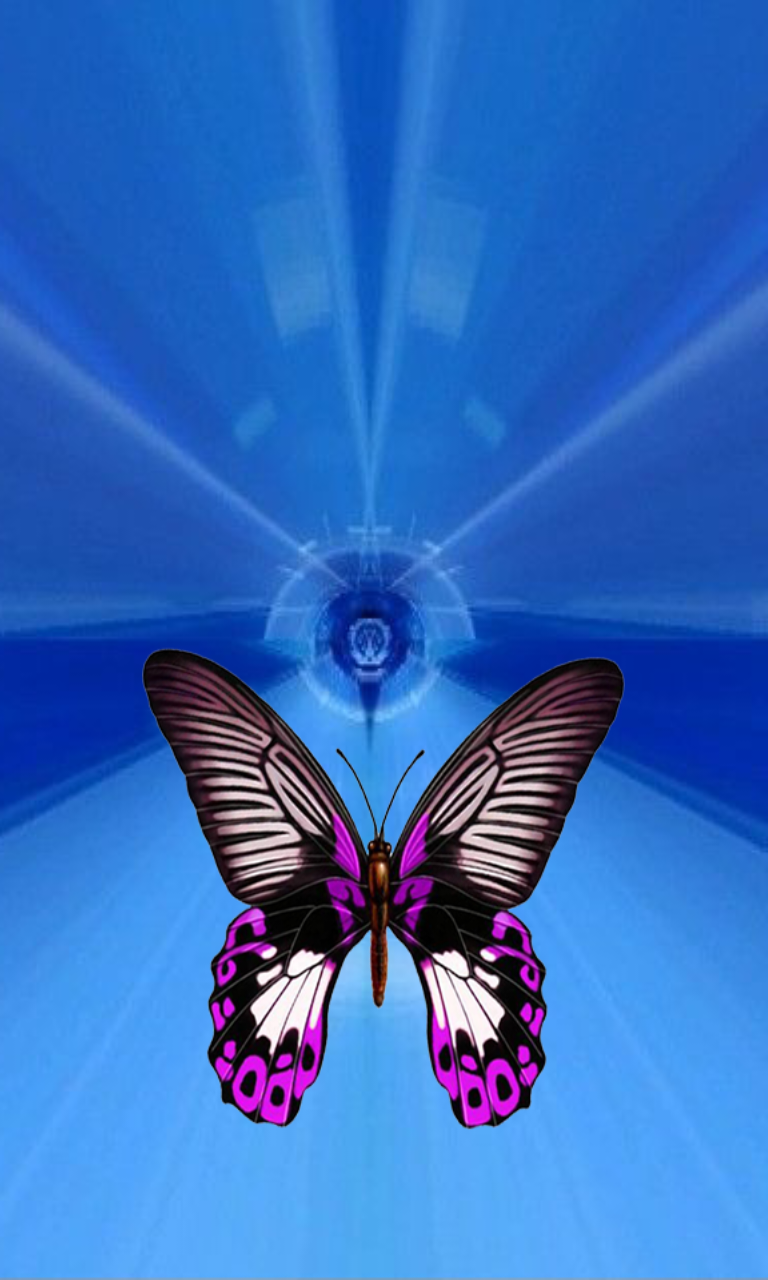
Repository: mimimy/MassagePro
Layout: BLE-Version/MassageTool/res/layout/activity_splash.xml
An editor plug-in stored every save of this project. The layout is shown before and after the next save, followed by the edit.
It is drawn on a 768 x 1280 px phone screen (xhdpi) without system bars, with theme AppTheme; the app's code is not run.

Above is the layout before, as saved 2018-07-23 14:27:24.

### BLE-Version/MassageTool/res/layout/activity_splash.xml
<RelativeLayout xmlns:android="http://schemas.android.com/apk/res/android"
    xmlns:tools="http://schemas.android.com/tools"
    android:id="@+id/rl_root"
    android:layout_width="match_parent"
    android:layout_height="match_parent"
    android:background="@drawable/bgm"
    tools:context="com.example.splash.SplashActivity" >

    <ImageView
        android:id="@+id/imageView1"
        android:layout_width="wrap_content"
        android:layout_height="wrap_content"
        android:layout_alignParentBottom="true"
        android:layout_centerHorizontal="true"
        android:layout_marginBottom="75dp"
        android:src="@drawable/flying" />

</RelativeLayout>

Loaded but not shown: BLE-Version/MassageTool/res/values/styles.xml (common file); BLE-Version/MassageTool/res/values-v11/styles.xml (common file); BLE-Version/MassageTool/res/values-v14/styles.xml (common file)

After the next save:
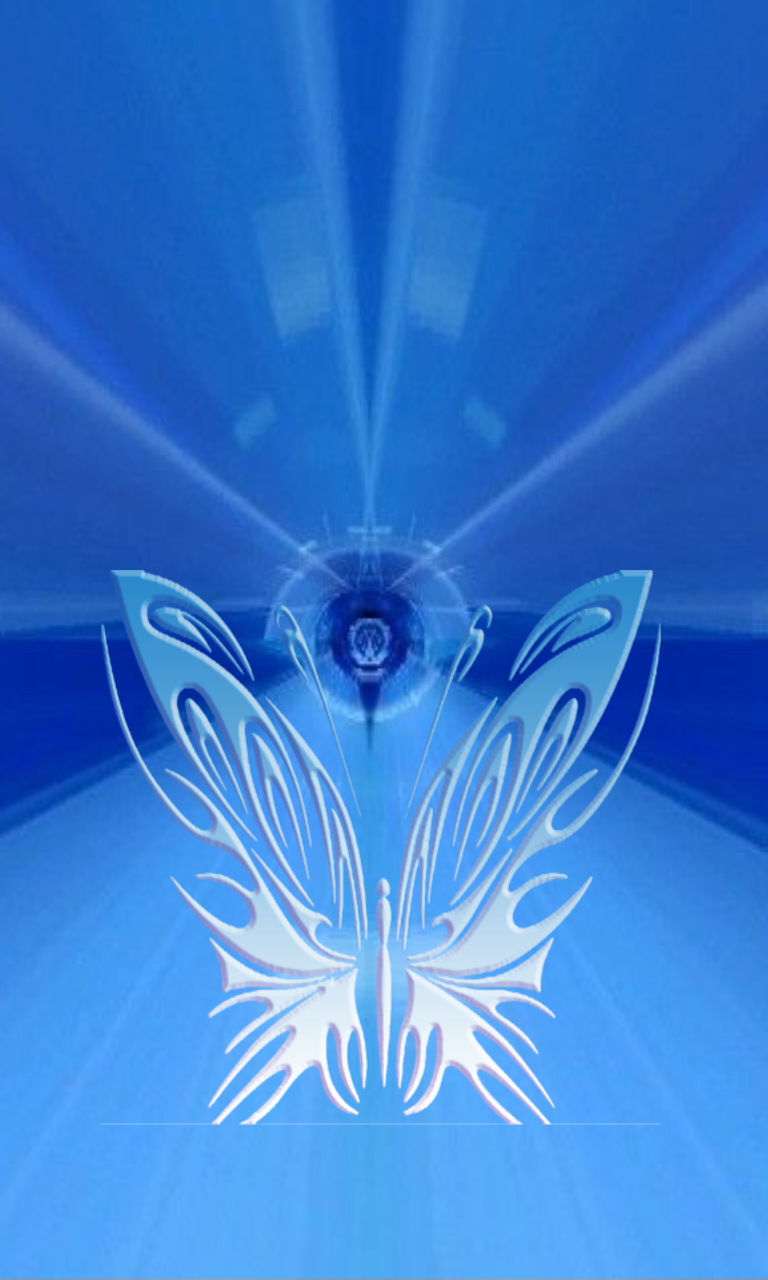
Saved 10 h 14 min later.
--- a/BLE-Version/MassageTool/res/layout/activity_splash.xml
+++ b/BLE-Version/MassageTool/res/layout/activity_splash.xml
@@ -13,6 +13,6 @@
         android:layout_alignParentBottom="true"
         android:layout_centerHorizontal="true"
         android:layout_marginBottom="75dp"
-        android:src="@drawable/flying" />
+        android:src="@drawable/butterfly" />
 
 </RelativeLayout>
